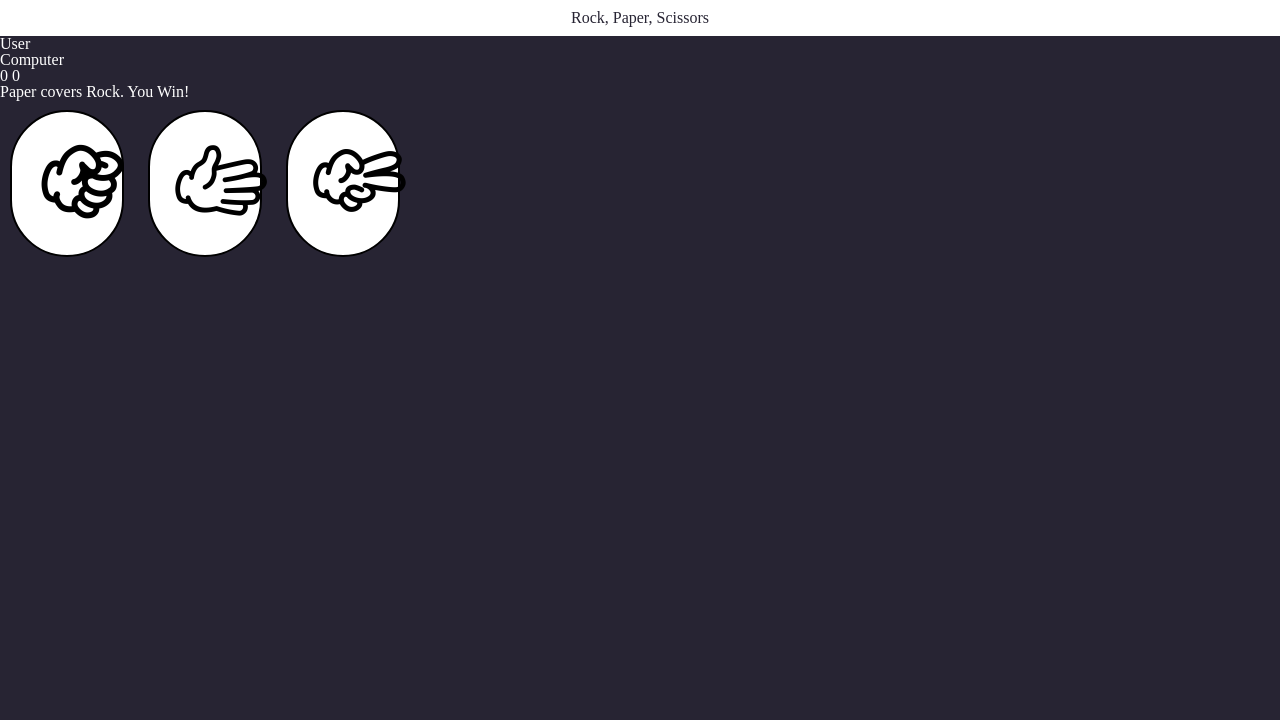
Repository: AndersonGuilherme/rock-paper-scissor-game-javascript
Page: index.html
These files come from the project's save history. The page is drawn as it stood at one moment and after a run of saves; the edit follows.
The browser window is 1280 px wide. The pictures show the whole page.

Above is the page before, as saved 2019-01-12 22:53:19.

After the next 2 saves:
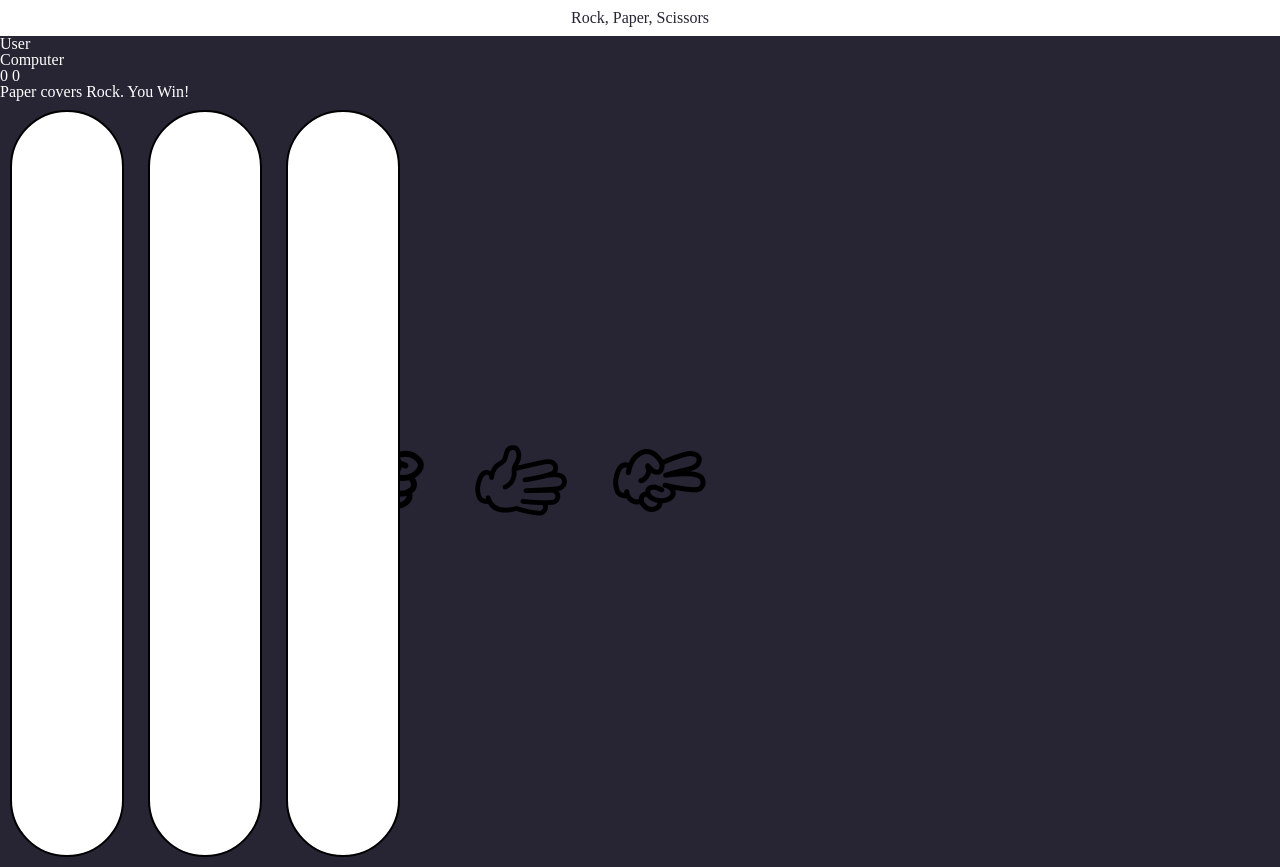
The 2 saves are shown as one change because they came seconds apart.
The last was saved 15 s later.
--- a/src/public/css/style.css
+++ b/src/public/css/style.css
@@ -26,5 +26,5 @@ body{
 
 .choice>img{
     max-height: 100px;
-    padding: 20px;
+    padding: 20pc;
 }
